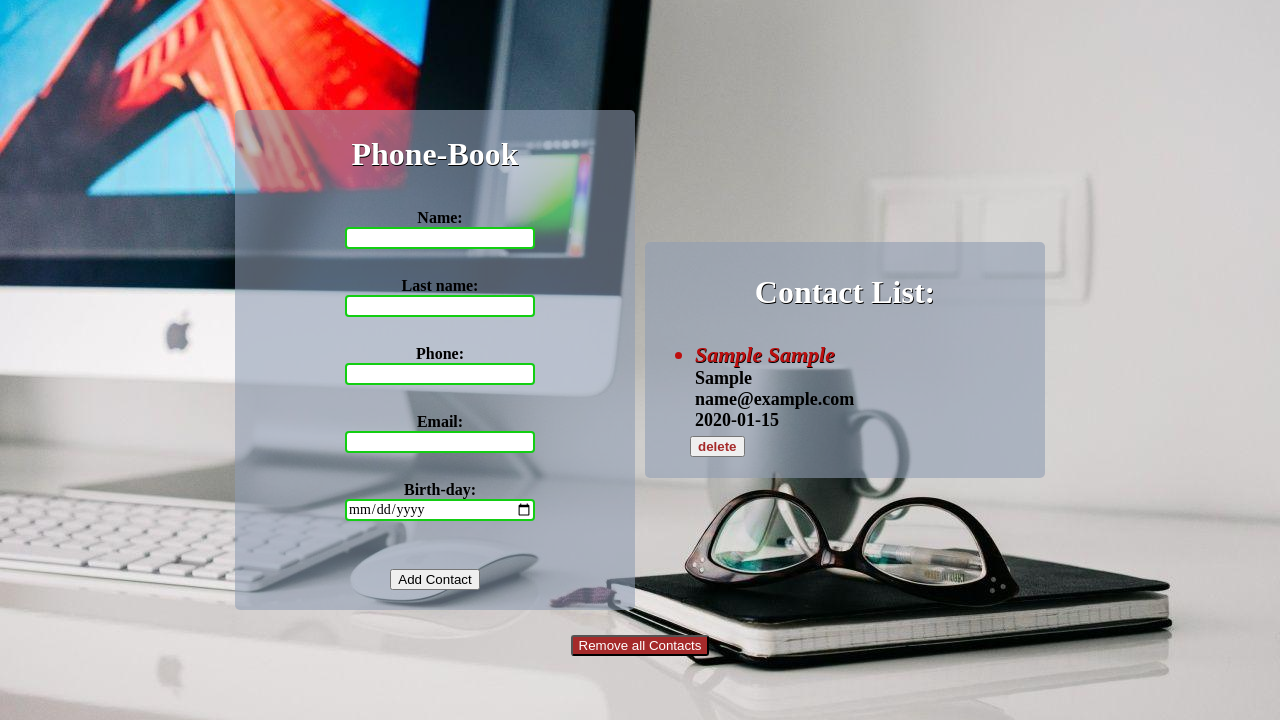
Repository: STA1357/Phone-book
Page: Inner.html
The author's editor kept a copy of each file at every save. The page is drawn from the files as they stood at one save, then again after the next save.
The browser window is 1280 px wide. The pictures show the whole page.
Empty fields were first filled with sample values (such as "Sample", 5 or name@example.com).
After loading, the first visible `#form` was submitted once.

Above is the page before, as saved 2020-12-12 11:37:18.

### Inner.html
<!DOCTYPE html>
<html lang="en">
<head>
    <meta charset="UTF-8">
    <meta name="viewport" content="width=device-width, initial-scale=1.0">
    <title>Phone Book</title>
    <link rel="stylesheet" href="./styles.css">
    <script src="./app.js"></script>
</head>
<body>
    <form action="#" method="POST" id="form" class="form">

        <header>
            <div class="header-title">
                <h1>Phone-Book</h1>
            </div>
        </header>

        <main>
            <div class="container">

                <div class="form-control">
                <label for="name">Name:</label>
                <input type="text" id="nameInput">
                <small>Error message</small>
                </div>

                <div class="form-control">
                <label for="lname">Last name:</label>
                <input type="text" id="lnameInput">
                <small>Error message</small>
                </div>

                <div class="form-control">
                <label for="tel">Phone:</label>
                <input type="text" id="telInput" class="tellinput">
                <small>Error message</small>
                </div>


                <div class="form-control">
                <label for="email">Email:</label>
                <input type="email" id="emailInput">
                <small>Error message</small>
                </div>


                <div class="form-control">
                <label for="birthname">Birth-day:</label>
                <input type="date" id="birthInput">
                <small>Error message</small>
                </div>

            </div>

        </main>

        <div class="btn">
        <button type="submit" id="btnAdd">Add Contact</button>
    </div>
    </form>
<div class="list-container">
    <h2 class="listTitle">Contact List:</h2>
    <ul id="users"></ul>
</div>

<div class="clearBook">
    <button id="clearBookBtn" class="clearBookBtn" onclick="removeAll()">Remove all Contacts</button>
</div>

</body>
</html>

### styles.css
*{
    box-sizing: border-box;

}

body{
    display: flex;
    flex-direction: row;
    align-items: center;
    justify-content: center;
    min-height: 100vh;
    margin: 0;
    background: url("./wp3990421-office-wallpapers.jpg") no-repeat fixed center center;
    background-size: cover;
}

.header-title{
    color: white;
    text-shadow: 0.5px 0.5px black;
}

form{

    background-color: rgba(144, 156, 179, 0.589);
    width: 400px;
    max-width: 100%;
    margin-right: 10px;
    text-align: center;
    border-radius: 5px;
    position: relative;
}

main{
    margin-left: 25%;
}

.container{
    text-align: center;
    display: block;
    width: 70%;
}

.list-container{
    background-color: rgba(144, 156, 179, 0.589);
    width: 400px;
    max-width: 100%;
    page-break-after: 30px 40px;
    border-radius: 5px;
}

.listTitle{
    color: white;
    text-shadow: 0.7px 0.7px black;
    font-size: 32px;
}

.titleLi{
    color: rgb(190, 14, 14);
    text-shadow: 0.5px 0.5px black;
    font-size: 22px;
}

.infoList{
    color: black;
    font-size: 18px;
}

h2{
    text-align: center;
}

label{
    font-weight: bold;
}

.form-control input {
	border: 2px solid #f0f0f0;
	border-radius: 4px;
	display: block;
	font-family: inherit;
	font-size: 14px;

	width: 100%;
}








.btn{
    padding: 20px 0;
}


.selected{
    background-color: skyblue;
    color: black;
    text-shadow: 0.5px 0.5px grey;
}

.deleteBtn::before{
    color: brown;
    content: "delete";
    font-weight: bold;
}

.deleteAll::before{
    color: brown;
    content: "delete";
}

div{
    padding: 5px;
}

li{
    font-weight: bold;
    font-style: italic;
}

.clearBook{
    display: block;
    position: fixed;

}

.clearBookBtn{
    margin-top: 570px;
    background-color: brown;
    color: white;
    border-radius: 3px;
}

.form-control.success input{
    border-color: rgb(18, 206, 18);
}

.form-control.error input{
    border-color: rgb(224, 68, 68);
}


.form-control small {
	color: rgb(224, 68, 68);
	bottom: 0;
	left: 0;
	visibility: hidden;
}

.form-control.error small{
    visibility: visible;
}

### app.js


window.onload = function() {
    const localKey = 'contactsCollection';
    const form = document.querySelector('form');
    const list = document.getElementById('users');
    const userName = document.getElementById('nameInput');
    const userLname = document.getElementById('lnameInput');
    const userTel = document.getElementById('telInput');
    const userEmail = document.getElementById('emailInput');
    const userBirth = document.getElementById('birthInput');

    const newLocal = 'submit';
    //validation
    form.addEventListener(newLocal, (e) => {
        e.preventDefault();

        checkInputs();
    })

    function checkInputs() {
        const userNameValue = userName.value.trim();
        const userLnameValue = userLname.value.trim();
        const userTelValue = userTel.value.trim();
        const userEmailValue = userEmail.value.trim();
        const userBirthValue = userBirth.value.trim();



    if(userNameValue === ''){
        setErrorFor (userName, 'Can not skip user name')
    } else {
        setSuccessFor (userName);
    }
    if(userLnameValue === ''){
        setErrorFor (userLname, 'Can not skip user last-name')
    } else {
        setSuccessFor (userLname);
    }
    if(userTelValue === ''){
        setErrorFor (userTel, 'Can not skip user phone')
    } else {
        setSuccessFor (userTel);
    }
    if(userEmailValue === ''){
        setErrorFor (userEmail, 'Can not skip email')
    } else {
        setSuccessFor (userEmail);
    }
    if(userBirthValue === ''){
        setErrorFor (userBirth, 'Can not skip user birthday')
    } else {
        setSuccessFor (userBirth);
    }

    function setErrorFor (input, message) {
        const formControl = input.parentElement;
        const small = formControl.querySelector('small');
        formControl.className = 'form-control error';
        small.innerText = message;
        }

        function setSuccessFor (input) {
        const formControl = input.parentElement;
        formControl.className = 'form-control success';
        }
    }


    let contactsList = getContacts();
    let activeContact = null;

    generateContactList();



    function getContacts() {
        const res = localStorage.getItem(localKey);
        return res ? JSON.parse(res) : [];
    }

    function setToStorage(data) {
        localStorage.setItem(localKey, data);
    }

    function updateContactList(newList) {
        const string = JSON.stringify(newList);
        contactsList = newList;
        setToStorage(string);
        generateContactList();
    }

    function recordContact(newContact) {
        updateContactList([...contactsList, newContact])
    }

    function updateContact(newData) {
        contactsList = contactsList.map(contact => contact.id === newData.id ? newData : contact);
        updateContactList(contactsList);
    }

    function deleteContact(removeId) {
        contactsList = contactsList.filter(({ id }) => id !== removeId);
        updateContactList(contactsList);
    }

    function setActiveContact(id) {
        const contact = document.getElementById(`contact-${id}`);
        contact.classList.toggle('active');
    }

    function generateContactList() {
        console.log(contactsList);
        const fragment = document.createDocumentFragment();
        contactsList.forEach((contact) => {
            const { id, name, lastName, phone, mail, birthDay } = contact;
            const container = document.createElement('div');

            container.onclick = () => setActiveContact(id);
            container.id = `contact-${id}`;
            const title = document.createElement('li');
            title.className = 'titleLi'
            title.innerText = `${name} ${lastName}`;

            const infoList = document.createElement('b');
            infoList.className = 'infoList'
            infoList.innerText = `${phone}
            ${mail}
            ${birthDay}`;
            // phonesList.innerText = phones.join(' ');
            container.appendChild(title);
            container.appendChild(infoList);
            fragment.appendChild(container);

            const deleteBtn = document.createElement('button');
            deleteBtn.className = 'deleteBtn'
            fragment.appendChild(deleteBtn);
            deleteBtn.addEventListener('mousedown', function (e) {
                e.preventDefault();
            })

            deleteBtn.addEventListener('click', function (e) {
                console.log(e);
                container.removeChild(title);
                container.removeChild(infoList);
                deleteBtn.style.display = 'none';

            })
            document.getElementById('nameInput').value = "";
            document.getElementById('lnameInput').value = "";
            document.getElementById('telInput').value = "";
            document.getElementById('emailInput').value = "";
            document.getElementById('birthInput').value = "";

            //const btn = document.createElement('button');
            //btn.onclick = () => !deleteContact(removeId);
            //btn.appendChild(container)
            //window.localStorage.clear();

            container.addEventListener('mousedown', function (e) {
                e.preventDefault();
            })

            container.addEventListener('click', function (e) {
                console.log(e);


                if (e.target == this) {
                    return false;

                }
                if (!e.ctrlKey) {
                    clearSelected(this.children);
                }
                addSelected(e.target);
            })

            function clearSelected(elems) {
                for (let elem of elems) {
                    elem.classList.remove('selected');
                }
            }

            function addSelected(target) {
                target.classList.add('selected');
            }
        });


        list.innerHTML = '';
        list.appendChild(fragment);


    }

    function getId() {
        return '_' + Math.random().toString(36).substr(2, 9);
    };
    let contactsCount = 0;

    form.onsubmit = (event) => {
        event.preventDefault();
        const contact = {
            id: getId(),
            name: userName.value,
            lastName: userLname.value,
            phone: userTel.value,
            mail: userEmail.value,
            birthDay: userBirth.value
        }
        contactsCount++;
        console.log(contactsCount);
        recordContact(contact);
        console.log(contact);
    }



}

function removeAll(){
    if(window.confirm("This action will remove all contacts. Are you sure?")){
        window.localStorage.clear();
        document.location.reload();
    }
}


function newFunction() {
    return document.getElementById('contactsCount');
}
//function move_up() {
//document.getElementById('list-container').scrollTop += 10;
//}

//function move_down() {
//document.getElementById('list-container').scrollTop -= 10;
//}

// const form = document.querySelector('form')
// const list = document.getElementById('users')
// const userName = document.getElementById('nameInput')
// const userLname = document.getElementById('lnameInput')
// const userTel = document.getElementById('telInput')
// const userEmail = document.getElementById('emailInput')
// const userBirth = document.getElementById('birthInput')
// const entry = document.createElement('li')


// function addUser() {
//     const list = document.getElementById('users')
//     const userName = document.getElementById('nameInput')
//     const userLname = document.getElementById('lnameInput')
//     const userTel = document.getElementById('telInput')
//     const userEmail = document.getElementById('emailInput')
//     const userBirth = document.getElementById('birthInput')
//     const entry = document.createElement('li')
//     entry.appendChild(document.createTextNode(userName.value + ' ' + userLname.value + ' '
//     + userTel.value + ' ' + userEmail.value + ' ' + userBirth.value))
//     list.appendChild(entry)
//     return false

// }

// let bookContacts = [];

// const addContacts = (ev) => {
//     ev.preventDefault();
//     let contact = {
//         name: document.getElementById('nameInput').value,
//         lname: userLname.value,
//         tel: userTel.value,
//         email: userEmail.value,
//         birthday: userBirth.value
//     }
//     bookContacts.push(contact);
//     document.forms[0].reset();
// }
// document.addEventListener('DomContentLoad', () =>{
//     document.getElementById('btnAdd').addEventListener('click',addContacts)
// })
// console.log(bookContacts);




/*class Person{
    constructor(options){
        this.name = options.name
        this.lname = options.lname
        this.tel = options.tel
        this.email = options.email
        this.birthday = options.birthday
    }
}

class User extends Person{
    static type = "User"
}

const user = new User({
    name: "",
    lname: "",
    tel: "",
    email:"",
    birthday:""
})


localStorage.setItem('userInfo', JSON.stringify(user));




const raw = localStorage.getItem('userInfo')
const userInfo = JSON.parse(raw)
userInfo.name = 'Maxim'

console.log(userInfo);*/

After the next save:
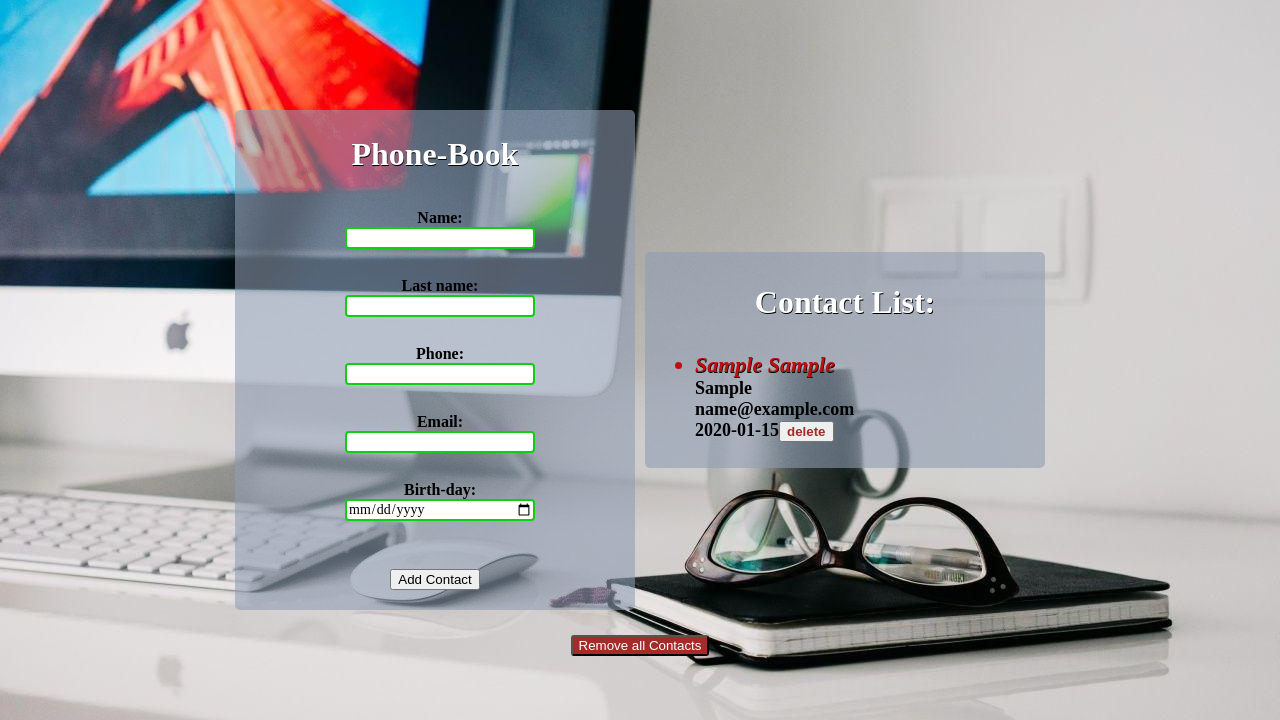
Saved 82 min 49 s later.
--- a/app.js
+++ b/app.js
@@ -25,39 +25,37 @@ window.onload = function() {
         const userEmailValue = userEmail.value.trim();
         const userBirthValue = userBirth.value.trim();
 
-
-
-    if(userNameValue === ''){
-        setErrorFor (userName, 'Can not skip user name')
-    } else {
-        setSuccessFor (userName);
-    }
-    if(userLnameValue === ''){
-        setErrorFor (userLname, 'Can not skip user last-name')
-    } else {
-        setSuccessFor (userLname);
-    }
-    if(userTelValue === ''){
-        setErrorFor (userTel, 'Can not skip user phone')
-    } else {
-        setSuccessFor (userTel);
-    }
-    if(userEmailValue === ''){
-        setErrorFor (userEmail, 'Can not skip email')
-    } else {
-        setSuccessFor (userEmail);
-    }
-    if(userBirthValue === ''){
-        setErrorFor (userBirth, 'Can not skip user birthday')
-    } else {
-        setSuccessFor (userBirth);
-    }
-
-    function setErrorFor (input, message) {
-        const formControl = input.parentElement;
-        const small = formControl.querySelector('small');
-        formControl.className = 'form-control error';
-        small.innerText = message;
+        if(userNameValue === ''){
+            setErrorFor (userName, 'Can not skip user name')
+        } else {
+            setSuccessFor (userName);
+        }
+        if(userLnameValue === ''){
+            setErrorFor (userLname, 'Can not skip user last-name')
+        } else {
+            setSuccessFor (userLname);
+        }
+        if(userTelValue === ''){
+            setErrorFor (userTel, 'Can not skip user phone')
+        } else {
+            setSuccessFor (userTel);
+        }
+        if(userEmailValue === ''){
+            setErrorFor (userEmail, 'Can not skip email')
+        } else {
+            setSuccessFor (userEmail);
+        }
+        if(userBirthValue === ''){
+            setErrorFor (userBirth, 'Can not skip user birthday')
+        } else {
+            setSuccessFor (userBirth);
+        }
+
+        function setErrorFor (input, message) {
+            const formControl = input.parentElement;
+            const small = formControl.querySelector('small');
+            formControl.className = 'form-control error';
+            small.innerText = message;
         }
 
         function setSuccessFor (input) {
@@ -130,21 +128,16 @@ window.onload = function() {
             // phonesList.innerText = phones.join(' ');
             container.appendChild(title);
             container.appendChild(infoList);
-            fragment.appendChild(container);
-
             const deleteBtn = document.createElement('button');
             deleteBtn.className = 'deleteBtn'
-            fragment.appendChild(deleteBtn);
+            container.appendChild(deleteBtn);
             deleteBtn.addEventListener('mousedown', function (e) {
                 e.preventDefault();
             })
+            fragment.appendChild(container);
 
             deleteBtn.addEventListener('click', function (e) {
-                console.log(e);
-                container.removeChild(title);
-                container.removeChild(infoList);
-                deleteBtn.style.display = 'none';
-
+                deleteContact(id);
             })
             document.getElementById('nameInput').value = "";
             document.getElementById('lnameInput').value = "";
